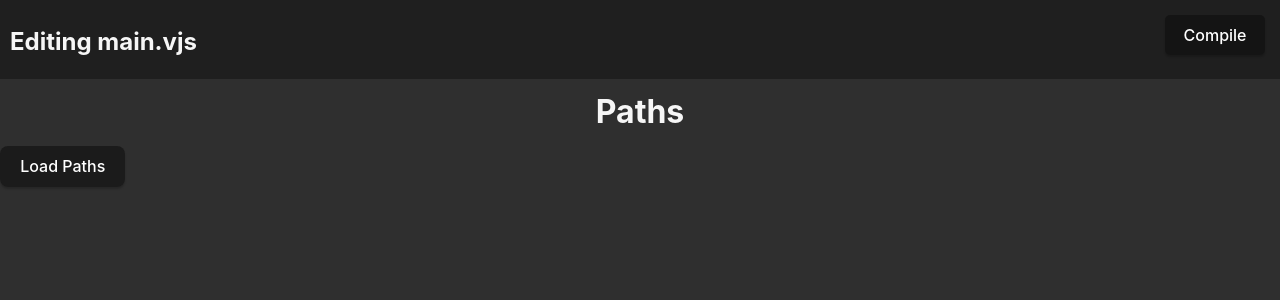
Repository: toasted226/visual-scripting-js
Page: /
The author's editor kept a copy of each file at every save. The page is drawn from the files as they stood at one save, then again after the next save.
The browser window is 1280 px wide. The pictures show the whole page.
The project was rebuilt for these pictures with package versions that can differ from the ones it lists, and the page was loaded fresh each time. Also part of the build but not shown: vite.config.ts.

Above is the page before, as saved 2023-06-12 19:07:03.

### index.html
<!DOCTYPE html>
<html lang="en">
  <head>
    <meta charset="UTF-8" />
    <link rel="icon" type="image/svg+xml" href="/vite.svg" />
    <meta name="viewport" content="width=device-width, initial-scale=1.0" />
    <title>Visual Scripting for JavaScript</title>
  </head>

  <body>
    <div id="root"></div>
    <script type="module" src="/src/main.tsx"></script>
  </body>
</html>

### src/App.tsx
import { invoke } from "@tauri-apps/api/tauri";
import { useState } from "react";
import "./App.css";
import Navbar from "./Navbar";

function App() {
    const [paths, setPaths] = useState<string[]>([]);

    // Do not run this function every rendering frame, will freeze the app!
    function load_paths() {
        invoke("enumerate_files", { dir: "C:/Users/keaga/OneDrive/Documents" })
            .then((res) => {
                setPaths(res as string[]);
            })
            .catch((err) => {
                console.error(err);
            });
    }

    return (
        <div className="container">
            <Navbar />
            <div className="content">
                <h1>Paths</h1>
                {/* TODO: We need to have some sort of native menu option to select a directory */}
                <button onClick={load_paths}>Load Paths</button>
                {paths.map((path) => {
                    return <p>{path}</p>
                })}
            </div>
        </div>
    );
}

export default App;

### src/styles.css
:root {
    --dark: #2f2f2f;
    --light: #f6f6f6;

    font-family: Inter, Avenir, Helvetica, Arial, sans-serif;
    font-size: 16px;
    line-height: 24px;
    font-weight: 400;

    color: #f6f6f6;
    background-color: #2f2f2f;

    font-synthesis: none;
    text-rendering: optimizeLegibility;
    -webkit-font-smoothing: antialiased;
    -moz-osx-font-smoothing: grayscale;
    -webkit-text-size-adjust: 100%;
}

/* width */
::-webkit-scrollbar {
    width: 10px;
}

/* Track */
::-webkit-scrollbar-track {
    background: #1f1f1f;
}

/* Handle */
::-webkit-scrollbar-thumb {
    background: #3f3f3f;
}

/* Handle on hover */
::-webkit-scrollbar-thumb:hover {
    background: #555;
}

.row {
    display: flex;
    justify-content: center;
}

a {
    font-weight: 500;
    color: #646cff;
    text-decoration: inherit;
}

a:hover {
    color: #535bf2;
}

h1 {
    text-align: center;
}

input,
button {
    border-radius: 8px;
    border: 1px solid transparent;
    padding: 0.6em 1.2em;
    font-size: 1em;
    font-weight: 500;
    font-family: inherit;
    transition: border-color 0.25s;
    box-shadow: 0 2px 2px rgba(0, 0, 0, 0.2);
    outline: none;
    color: #ffffff;
    background-color: #0f0f0f98;
}

button {
    cursor: pointer;
}

button:hover {
    border-color: #ffffff;
}

button:active {
    background-color: #0f0f0f69;
}

### src/Navbar.tsx
import { invoke } from "@tauri-apps/api/tauri";
import "./Navbar.css";

function Navbar() {
    return (
        <nav className="navbar">
            <h1>Editing main.vjs</h1>
            <button className="compile-btn">Compile</button>
        </nav>
    );
}

export default Navbar;

### src/Navbar.css
.navbar {
    background-color: #1f1f1f;
    margin: 0;
    padding: 10px 10px 5px 10px;
    display: flex;
    justify-content: space-between;
}

.compile-btn {
    color: white;
    border-radius: 5px;
    padding: 5px;
    margin: 5px;
    width: 100px;
    height: 40px;
}

.compile-btn:hover {
    background-color: #1f1f1f;
    border: 1px solid white;
}

Loaded but not shown: src/main.tsx (common file); src/App.css (common file)

After the next save:
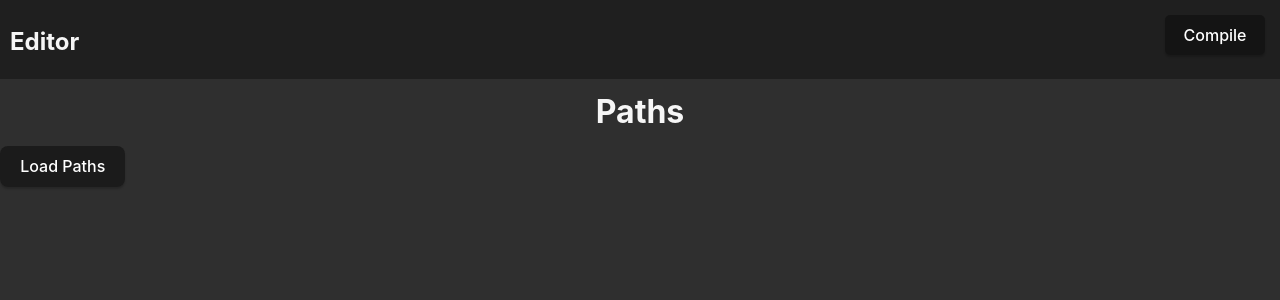
Saved 17 s later.
--- a/src/Navbar.tsx
+++ b/src/Navbar.tsx
@@ -4,7 +4,7 @@ import "./Navbar.css";
 function Navbar() {
     return (
         <nav className="navbar">
-            <h1>Editing main.vjs</h1>
+            <h1>Editor</h1>
             <button className="compile-btn">Compile</button>
         </nav>
     );
